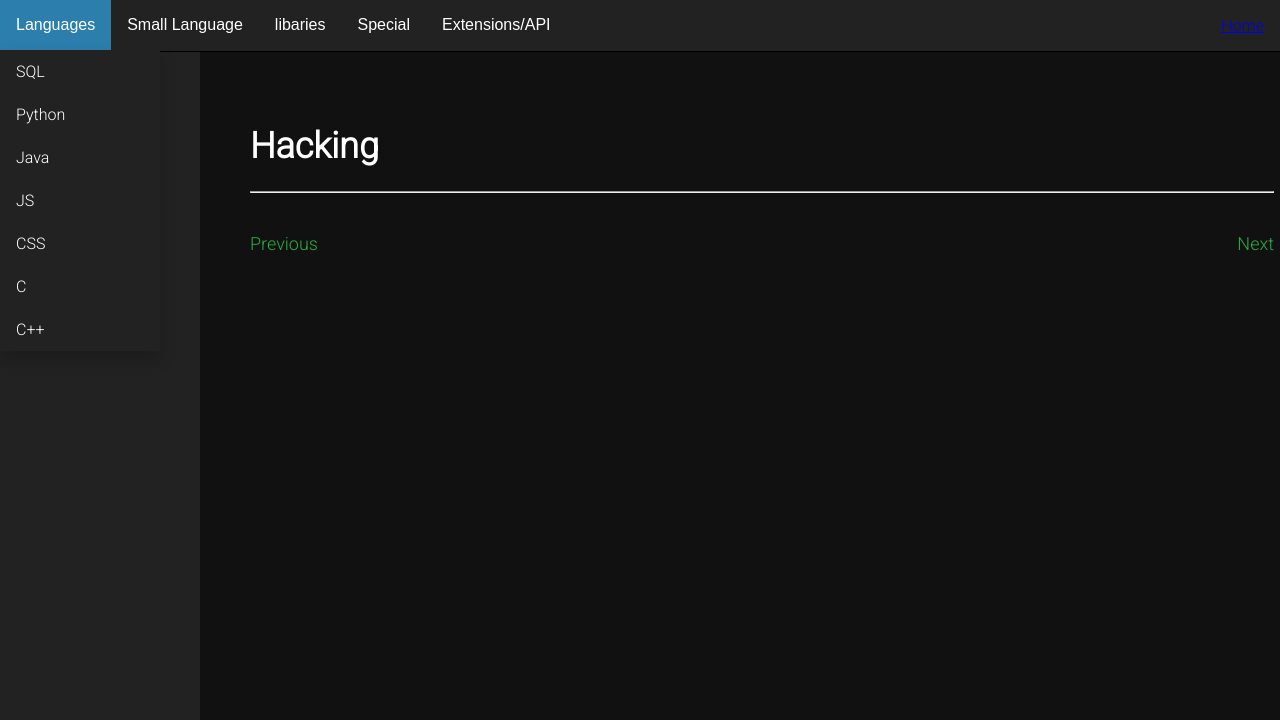
Repository: Max-Rohrhirsch/Max-Rohrhirsch.github.io
Page: documentation/special/hacking.html
An editor plug-in stored every save of this project. The page is shown before and after the next save, followed by the edit.
The browser window is 1280 px wide. The pictures show the whole page.

Above is the page before, as saved 2023-10-15 11:38:04.

### documentation/special/hacking.html
<script src="/jquery.js"></script>
<div id="includeHeader"></div>

        <!-- ------ SIDE NAVIGATION BAR ----- -->
        <div class="sidenav">
            <a href="/documentation/special/hacking.html">Basics</a>
        </div>



        <!-- ------ MAIN CONTENT ----- -->
        <div class="main">
            <h1>Hacking</h1>
            <hr><br>


<div id="includeFooter"></div>

### header.html
<html>
    <head>
        <title>Documentation</title>

        <meta name="viewport" content="width=device-width, initial-scale=1">
        <meta name="description" lang="en" content="Documentation of many things I learned">
        <meta name="keywords" content="HTML, CSS, JavaScript, Coding, max">
        <meta name="author" content="Rohrhirsch Max">

        <link rel="preconnect" href="https://fonts.googleapis.com">
        <link rel="preconnect" href="https://fonts.gstatic.com" crossorigin>
        <link href="https://fonts.googleapis.com/css2?family=Roboto:wght@300&display=swap" rel="stylesheet">
        <link rel="stylesheet" href="https://cdnjs.cloudflare.com/ajax/libs/font-awesome/4.7.0/css/font-awesome.min.css">

        <link rel="icon" type="image/x-icon" href="/Bilder/favicon.ico">

        <link href="/documentation/prism.css" rel="stylesheet" />

        <link rel="stylesheet" href="/documentation/docStyle.css">
        <link rel="icon" type="image/x-icon" href="/Bilder/favicon.ico">
    </head>
    <body>
        <!-- ------ TOP NAVIGATION BAR ----- -->
        <nav class="nav1">
            <div class="dropdown" style="float:left;">
                <button class="dropbtn">Languages</button>
                <div class="dropdown-content" style="left:0;">
                    <a href="/documentation/languages/sql/sql.html">SQL</a>
                    <a href="/documentation/languages/python/python.html">Python</a>
                    <a href="/documentation/languages/java/java.html">Java</a>
                    <a href="/documentation/languages/js.html">JS</a>
                    <a href="/documentation/languages/css.html">CSS</a>
                    <a href="/documentation/languages/c.html">C</a>
                    <a href="/documentation/languages/cpp.html">C++</a>
                </div>
            </div>
            <div class="dropdown" style="float:left;">
                <button class="dropbtn">Small Language</button>
                <div class="dropdown-content" style="left:0;">
                    <a href="/documentation/small/bash.html">Bash</a>
                    <a href="/documentation/small/rust.html">Rust</a>
                    <a href="/documentation/small/go.html">GO</a>
                    <a href="/documentation/small/csharp.html">C#</a>
                    <a href="/documentation/small/brainfuck.html">BrainFuck</a>
                </div>
            </div>
            <div class="dropdown" style="float:left;">
                <button class="dropbtn">libaries</button>
                <div class="dropdown-content" style="left:0;">
                    <a href="/documentation/libaries/socket.html">Socket</a>
                    <a href="/documentation/libaries/tenserflow.html">Tenserflow</a>
                    <a href="/documentation/libaries/regex.html">Regex</a>
                </div>
            </div>
            <div class="dropdown" style="float:left;">
                <button class="dropbtn">Special</button>
                <div class="dropdown-content" style="left:0;">
                    <a href="/documentation/special/computer.html">Computer</a>
                    <a href="/documentation/special/linux.html">Linux</a>
                    <a href="/documentation/special/arduino.html">Arduino</a>
                    <a href="/documentation/special/game.html">Game Maker</a>
                    <a href="/documentation/special/unity.html">Unity</a>
                    <a href="/documentation/special/OS/OS.html">OS</a>
                    <a href="/documentation/special/hacking.html">Hacking</a>
                </div>
            </div>
            <div class="dropdown" style="float:left;">
                <button class="dropbtn">Extensions/API</button>
                <div class="dropdown-content" style="left:0;">
                    <a href="/documentation/extension/chrome.html">Chrome Extension</a>
                    <a href="/documentation/extension/discord.html">Discord Bot</a>
                    <a href="/documentation/extension/computercraft.html">Computercraft</a>
                    <a href="/documentation/extension/LaTeX.html">LaTeX</a>
                </div>
            </div>
            <div class="dropdown dropbtn" style="float:right;">
                <a href="https://max-rohrhirsch.github.io/documentation/documentation.html">Home</a>
            </div>
        </nav>

        <!-- ------ SIDE NAVIGATION BAR ----- -->

### footer.html

<a class="pre">Previous</a>
<a class="next">Next</a>
</div>

<div id="modal01" class="modal" onclick="this.style.display='none'">
<span class="close">X</span>
<div class="modal-content">
  <img id="img01" style="max-width:100%">
</div>
</div>


<!-- ------ SCRIPT FOR DROPDOWN ----- -->
<script>
var dropdown = document.getElementsByClassName("dropdown-btn");
var i;

for (i = 0; i < dropdown.length; i++) {
  dropdown[i].addEventListener("click", function() {
    this.classList.toggle("active");
    var dropdownContent = this.nextElementSibling;
    if (dropdownContent.style.display === "block") {
      dropdownContent.style.display = "none";
    } else {
      dropdownContent.style.display = "block";
    }
  });
}
</script>
<script src="/documentation/prism.js"></script>
<script>
function onClick(element) {
    document.getElementById("img01").src = element.src;
    document.getElementById("modal01").style.display = "block";
}
</script>
</body>
</html>

### documentation/prism.css
/* PrismJS 1.29.0
https://prismjs.com/download.html#themes=prism-okaidia&languages=markup+css+clike+javascript+arduino+armasm+bash+brainfuck+c+cpp+cilkc+cilkcpp+go+java+latex+lua+python+rust+sql&plugins=line-numbers+show-language+toolbar+copy-to-clipboard+download-button */
code[class*=language-],pre[class*=language-]{color:#f8f8f2;background:0 0;text-shadow:0 1px rgba(0,0,0,.3);font-family:Consolas,Monaco,'Andale Mono','Ubuntu Mono',monospace;font-size:1em;text-align:left;white-space:pre;word-spacing:normal;word-break:normal;word-wrap:normal;line-height:1.5;-moz-tab-size:4;-o-tab-size:4;tab-size:4;-webkit-hyphens:none;-moz-hyphens:none;-ms-hyphens:none;hyphens:none}pre[class*=language-]{padding:1em;margin:.5em 0;overflow:auto;border-radius:.3em}:not(pre)>code[class*=language-],pre[class*=language-]{background:#272822}:not(pre)>code[class*=language-]{padding:.1em;border-radius:.3em;white-space:normal}.token.cdata,.token.comment,.token.doctype,.token.prolog{color:#8292a2}.token.punctuation{color:#f8f8f2}.token.namespace{opacity:.7}.token.constant,.token.deleted,.token.property,.token.symbol,.token.tag{color:#f92672}.token.boolean,.token.number{color:#ae81ff}.token.attr-name,.token.builtin,.token.char,.token.inserted,.token.selector,.token.string{color:#a6e22e}.language-css .token.string,.style .token.string,.token.entity,.token.operator,.token.url,.token.variable{color:#f8f8f2}.token.atrule,.token.attr-value,.token.class-name,.token.function{color:#e6db74}.token.keyword{color:#66d9ef}.token.important,.token.regex{color:#fd971f}.token.bold,.token.important{font-weight:700}.token.italic{font-style:italic}.token.entity{cursor:help}
pre[class*=language-].line-numbers{position:relative;padding-left:3.8em;counter-reset:linenumber}pre[class*=language-].line-numbers>code{position:relative;white-space:inherit}.line-numbers .line-numbers-rows{position:absolute;pointer-events:none;top:0;font-size:100%;left:-3.8em;width:3em;letter-spacing:-1px;border-right:1px solid #999;-webkit-user-select:none;-moz-user-select:none;-ms-user-select:none;user-select:none}.line-numbers-rows>span{display:block;counter-increment:linenumber}.line-numbers-rows>span:before{content:counter(linenumber);color:#999;display:block;padding-right:.8em;text-align:right}
div.code-toolbar{position:relative}div.code-toolbar>.toolbar{position:absolute;z-index:10;top:.3em;right:.2em;transition:opacity .3s ease-in-out;opacity:0}div.code-toolbar:hover>.toolbar{opacity:1}div.code-toolbar:focus-within>.toolbar{opacity:1}div.code-toolbar>.toolbar>.toolbar-item{display:inline-block}div.code-toolbar>.toolbar>.toolbar-item>a{cursor:pointer}div.code-toolbar>.toolbar>.toolbar-item>button{background:0 0;border:0;color:inherit;font:inherit;line-height:normal;overflow:visible;padding:0;-webkit-user-select:none;-moz-user-select:none;-ms-user-select:none}div.code-toolbar>.toolbar>.toolbar-item>a,div.code-toolbar>.toolbar>.toolbar-item>button,div.code-toolbar>.toolbar>.toolbar-item>span{color:#bbb;font-size:.8em;padding:0 .5em;background:#f5f2f0;background:rgba(224,224,224,.2);box-shadow:0 2px 0 0 rgba(0,0,0,.2);border-radius:.5em}div.code-toolbar>.toolbar>.toolbar-item>a:focus,div.code-toolbar>.toolbar>.toolbar-item>a:hover,div.code-toolbar>.toolbar>.toolbar-item>button:focus,div.code-toolbar>.toolbar>.toolbar-item>button:hover,div.code-toolbar>.toolbar>.toolbar-item>span:focus,div.code-toolbar>.toolbar>.toolbar-item>span:hover{color:inherit;text-decoration:none}

### documentation/docStyle.css
:root {
    --main-special-color: #ee622a;
    --main-bg-color: #111;
    transition: 3s;
    scroll-behavior: smooth;
}

body {
    background-color: var(--main-bg-color);
    color: white;
    font-family: 'Roboto', sans-serif;
    margin: 0;
    min-height: max-content;
}


/* ----------------------------- MAIN STUFF --------------------------------------- */
red { color: red }
orange { color: orange }
green { color: green }

.nav1 {
    position: fixed;
    background-color: #222;
    border-bottom: 1px solid black;
    width: 100%;

    z-index: 2;
}

/* ---- DROPDOWN ---- */

.dropbtn {
    background-color: #222;
    color: white;

    padding: 16px;
    font-size: 16px;
    border: none;
    cursor: pointer;
  }

  .dropdown {
    position: relative;
    display: inline-block;
  }

  .dropdown-content {
    display: none;
    position: absolute;
    right: 0;

    background-color: #222;
    min-width: 160px;
    box-shadow: 0px 8px 16px 0px rgba(0,0,0,0.2);
  }

  .dropdown-content a {
    color: White;
    padding: 12px 16px;
    text-decoration: none;
    display: block;
  }

  .dropdown-content a:hover { background-color: #333 }
  .dropdown:hover .dropdown-content { display: block }
  .dropdown:hover .dropbtn { background-color: #2c7ead }


/* ------------ Site Navigation ----------- */

.sidenav {
    height: 100%;
    width: 200px;

    position: fixed;
    top: 51px;
    left: 0;

    background-color: #222;
    overflow-x: hidden;
    z-index: 1;
  }

  .sidenav a, .dropdown-btn {
    padding: 6px 8px 6px 16px;

    text-decoration: none;
    font-size: 20px;
    color: white;

    display: block;
    border: none;
    background: none;

    width: 100%;
    text-align: left;
    cursor: pointer;
    outline: none;
  }

  .sidenav a:hover, .dropdown-btn:hover { background-color: #2c7ead }

  .active {
    background-color: green;
    color: white;
  }

  .dropdown-container {
    display: none;
    background-color: #333;
  }

  .fa-caret-down {
    float: right;
    padding-right: 8px;
  }

  @media screen and (max-height: 450px) {
    .sidenav { padding-top: 15px }
    .sidenav a { font-size: 18px }
  }


/* ------------ Main ----------- */
.main {
    display: block;
    position:absolute;
    top: 51px;
    left: 200px;

    padding: 50px;
    font-size: 18px;

    min-height: 100%;
    width: 80vw;
}

.main h2 {
    font-size: 20px;
    color: #ee622a;
}

.main a {
    color: rgb(44, 172, 65);
    margin-bottom: 20px;
    display: block;
}

img {
    display: block;
    margin-top: 20px;
}
img:hover {
    cursor: pointer;
}



/* ------------ CODE ----------- */

out {
    display: block;
    width: calc(100% - 40px);
    background-color: #333;

    padding: 20px;
    margin-top: 15px;
    border-radius: 10px;
}

.wrapper {
    display: grid;
    font-size: 18px;
    grid-template-columns: repeat(3, 1fr);
    gap: 10px;
}

.wrapper pre {
    height: calc(100% - 50px);
}

.half {
    display: grid;
    grid-template-columns: repeat(2, 1fr);
    gap: 10px;
}
.half pre {
    height: calc(100% - 50px);
}

/* ------------ Table ----------- */

table {
    width: calc(100% );
    border: 1px solid #777;
    margin-top: 50px;
    border-collapse:collapse;
}

th {
    border: 1px solid #777;
    background-color: #333;
    padding: 10px;

}

td {
    border: 1px solid #777;
    padding: 5px;
    height: 40px;
}


/* ------------ Buttons ----------- */

.pre, .next {
    display: inline-block;
    margin-top: 10px;
}
.pre:hover, .next:hover { cursor: pointer }

.pre { float: left }
.next { float: right }





/* ------------ Image ----------- */
.modal {
    z-index:2;
    display:none;
    padding-top:10px;
    position:fixed;
    left:0;
    top:0;
    width:100%;
    height:100%;
    overflow:auto;
    background-color:rgb(0,0,0);
    background-color:rgba(0,0,0,0.8)
}

.modal-content {
    margin: auto;
    display: block;
    position: absolute;
    top: 50%;
    left: 50%;
    transform: translate(-50%, -50%);
}


.modal-hover-opacity {
    opacity:1;
    filter:alpha(opacity=100);
}

.modal-hover-opacity:hover {
    opacity:0.60;
    filter:alpha(opacity=60);
}


.close {
    text-decoration:none;

    position: fixed;
    right:20px;
    top: 20px;

    font-size:24px;
    font-weight:bold;
    color:white;
    cursor: pointer;
}

img {
    width: 500px;
    display: block;
}

.modal-content, #caption {
    -webkit-animation-name: zoom;
    -webkit-animation-duration: 0.6s;
    animation-name: zoom;
    animation-duration: 0.6s;
}

@keyframes zoom {
    from {transform:scale(0)}
    to {transform:scale(1)}
}

@media only screen and (max-width: 1300px) {
    .wrapper {
        grid-template-columns: repeat(2, 1fr);
    }
    .half {
        grid-template-columns: repeat(1, 1fr);
    }

}
@media only screen and (max-width: 1000px) {
    .wrapper {
        grid-template-columns: repeat(1, 1fr);
    }
}

Loaded but not shown: jquery.js (library); documentation/prism.js (library)

After the next save:
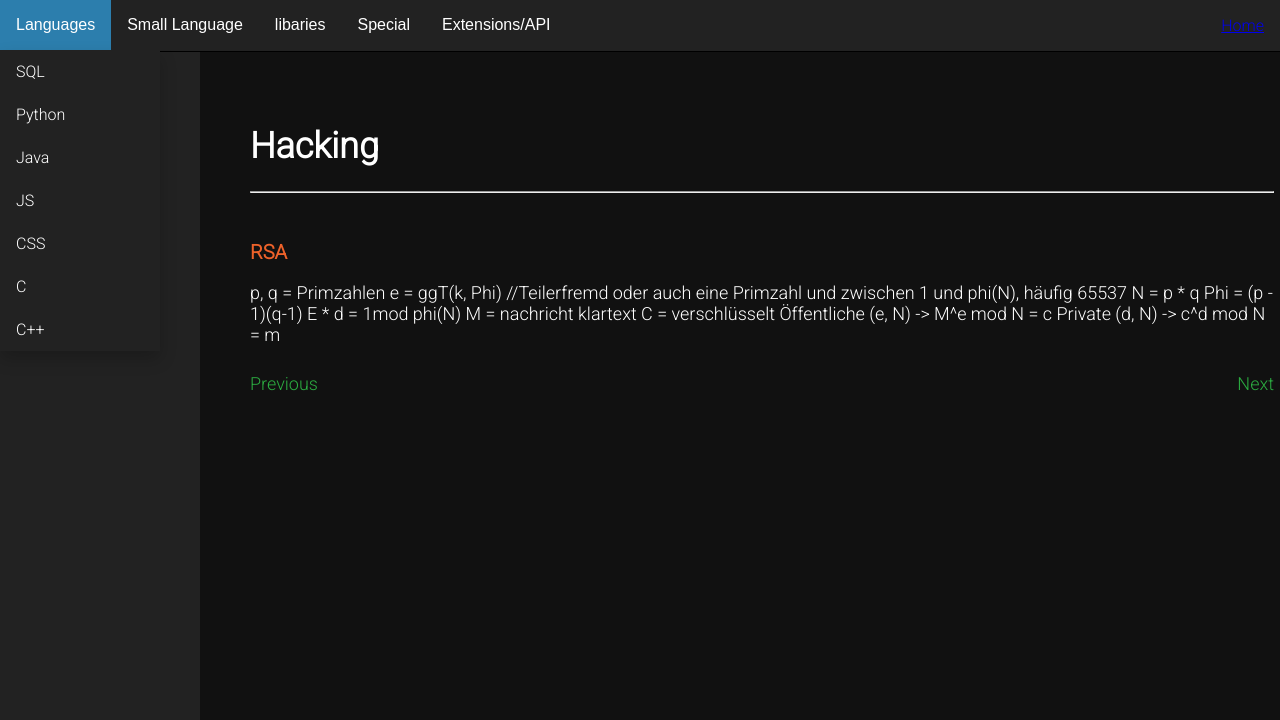
Saved 2 min 7 s later.
--- a/documentation/special/hacking.html
+++ b/documentation/special/hacking.html
@@ -12,6 +12,32 @@
         <div class="main">
             <h1>Hacking</h1>
             <hr><br>
+            <h2>RSA</h2>
+            <p>p, q = Primzahlen
+
+                e = ggT(k, Phi)            //Teilerfremd oder auch eine Primzahl und zwischen 1 und phi(N), häufig 65537
+
+
+
+                N = p * q
+
+                Phi = (p - 1)(q-1)
+
+                E * d = 1mod phi(N)
+
+
+
+                M = nachricht klartext
+
+                C = verschlüsselt
+
+
+
+                Öffentliche (e, N) -> M^e mod N = c
+
+
+
+                Private (d, N) -> c^d mod N = m </p>
 
 
 <div id="includeFooter"></div>
